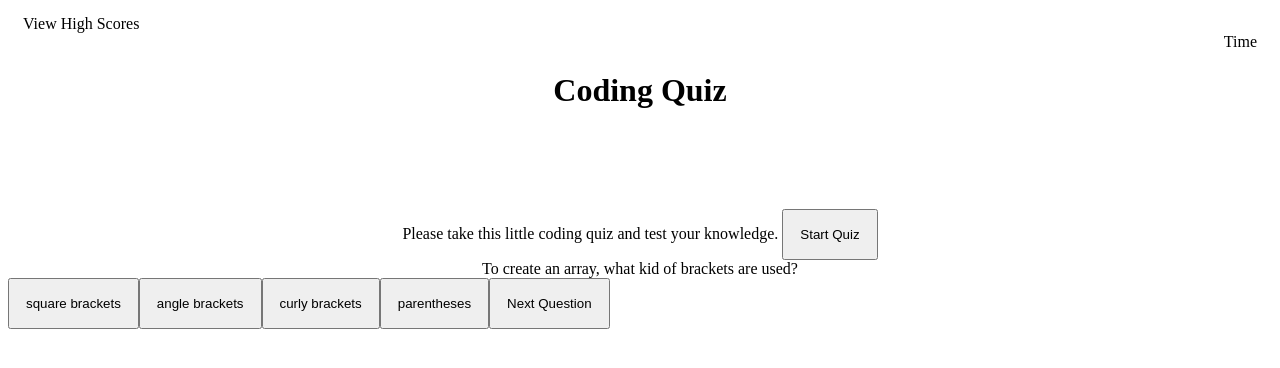
Repository: Naomilounsbury/code-quiz
Page: index.html
The author's editor kept a copy of each file at every save. The page is drawn from the files as they stood at one save, then again after the next save.
The browser window is 1280 px wide. The pictures show the whole page.
After loading, the first visible `button` was clicked once.

Above is the page before, as saved 2021-11-27 17:48:21.

### index.html
<!DOCTYPE html>
<html lang="en">
<head>
    <meta charset="UTF-8">
    <meta http-equiv="X-UA-Compatible" content="IE=edge">
    <meta name="viewport" content="width=device-width, initial-scale=1.0">
    <title>Code Quiz</title>
    <link rel="stylesheet" href="./assets/css/styles.css">
</head>
<body>
    <!-- basic words on the page, how do i get stuff inline? -->
 <header>
    <div class="high-scores">
     View High Scores
 </div>
 <!-- oh god I have to actually figure out how to do a timer -->
 <div class="time">
     Time
 </div>
 <h1 class="title">Coding Quiz</h1>
</header>
<!-- I then created a div element to introduce, maybe I'll add more to it later -->
 <div class="intro">

     Please take this little coding quiz and test your knowledge.
     <!-- I connected the button to the javascrpt woohoo -->
     <button onclick="onStartQuiz()">
         Start Quiz
     </button>
 </div>
 <!-- here is the quiz -->
 <form id="questions-form">
 <div id="question" class="question" >

 </div>

</form>
<script src="./assets/js/script.js"></script>
</body>
</html>

### assets/css/styles.css
header {
    margin: 10px;
    padding: 5px;
    text-decoration-color: black;

}
.high-scores{
    text-align: left;
}
.time{
    text-align: right;
}
h1{
    height: 100px;
    text-align: center;

}
.intro{
    text-align: center;
}
.question{
    text-align: center;

}
button{
    padding: 16px;

    text-align: center;
    align-content: center;
}

### assets/js/script.js
//first I am grabbing my variables from the html so that I can later use them inside functions
var formEl = document.querySelector("#questions-form")
var questionDivEl = document.querySelector("question")
//I want to create an onclick function eventually
//so I'm creating my function
var onStartQuiz = function () {
    //when the quiz starts it grabs the first object in the array
    var currentQuestion = questions[0];

    //its going into the html and taking the div clas question and setting the value equal to the current question
    document.getElementById("question").innerText = currentQuestion.question

    //I dont know why these arent working and I'm crying
    var btn = document.createElement("BUTTON");
    btn.innerHTML = currentQuestion.a
    document.body.appendChild(btn);

    var btn = document.createElement("button");
    btn.innerHTML = currentQuestion.b
    document.body.appendChild(btn);

    var btn = document.createElement("button");
    btn.innerHTML = currentQuestion.c
    document.body.appendChild(btn);

    var btn = document.createElement("button");
    btn.innerHTML = currentQuestion.d
    document.body.appendChild(btn);

    var btn = document.createElement("button");
    btn.innerHTML = "Next Question"
    document.body.appendChild(btn);

    //create a separate onclick that changes the current question to something else
    //create a next question button that will go on to the next question and save your answer
    console.log("hello")
}
//making an array of questions
var questions = [
    {
        //right now the key question is a string
        question: "To create an array, what kid of brackets are used?",
        answer: "a",
        a: "square brackets",
        b: "angle brackets",
        c: "curly brackets",
        d: "parentheses",
        //an array holds a list of items and since each question is an object we need a fucking comma
    },
    {
        question: "how do you create a branch with github?",
        answer: "b",
        a: "git push",
        b: "git branch",
        c: "git checkout",
        d: "git commit",
    },
    {
        question: "To create an array, what kid of brackets are used?",
        answer: "a",
        a: "square brackets",
        b: "angle brackets",
        c: "curly brackets",
        d: "parentheses",

    }
]

After the next save:
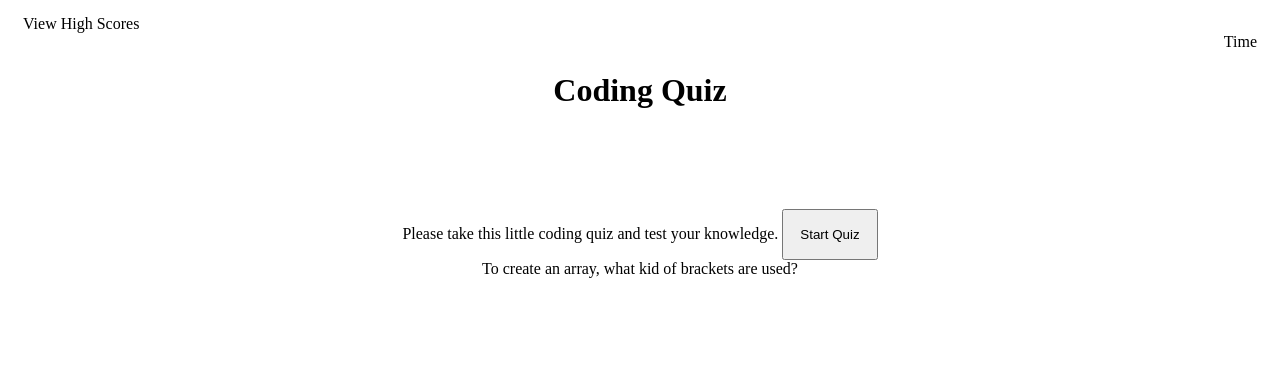
Console error: TypeError: Cannot read properties of undefined (reading 'appendChild')
Saved 92 s later.
--- a/assets/js/script.js
+++ b/assets/js/script.js
@@ -13,23 +13,23 @@ var onStartQuiz = function () {
     //I dont know why these arent working and I'm crying
     var btn = document.createElement("BUTTON");
     btn.innerHTML = currentQuestion.a
-    document.body.appendChild(btn);
+    document.questionDivEl.appendChild(btn);
 
     var btn = document.createElement("button");
     btn.innerHTML = currentQuestion.b
-    document.body.appendChild(btn);
+    document.questionDivEl.appendChild(btn);
 
     var btn = document.createElement("button");
     btn.innerHTML = currentQuestion.c
-    document.body.appendChild(btn);
+    document.questionDivEl.appendChild(btn);
 
     var btn = document.createElement("button");
     btn.innerHTML = currentQuestion.d
-    document.body.appendChild(btn);
+    document.questionDivEl.appendChild(btn);
 
     var btn = document.createElement("button");
     btn.innerHTML = "Next Question"
-    document.body.appendChild(btn);
+    document.questionDivEl.appendChild(btn);
 
     //create a separate onclick that changes the current question to something else
     //create a next question button that will go on to the next question and save your answer
